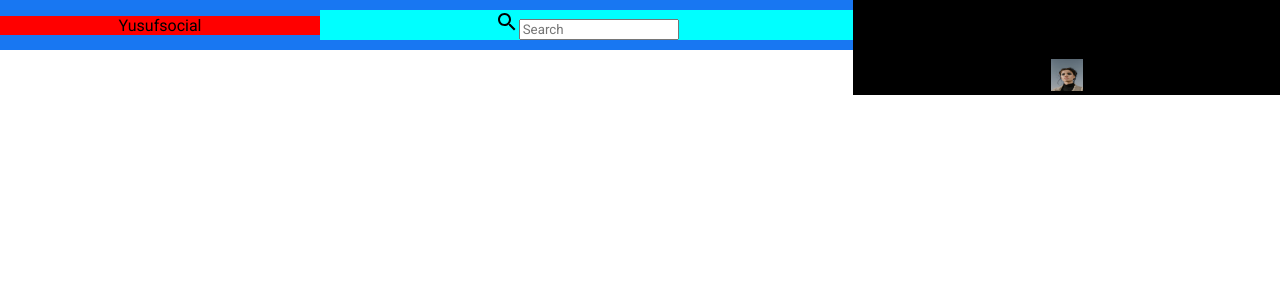
Repository: sevilgenysf/socialmediaapp
Page: /
An editor plug-in stored every save of this project. The page is shown before and after the next save, followed by the edit.
The browser window is 1280 px wide. The pictures show the whole page.
The project was rebuilt for these pictures with package versions that can differ from the ones it lists, and the page was loaded fresh each time.

Above is the page before, as saved 2022-02-16 13:16:22.

After the next save:
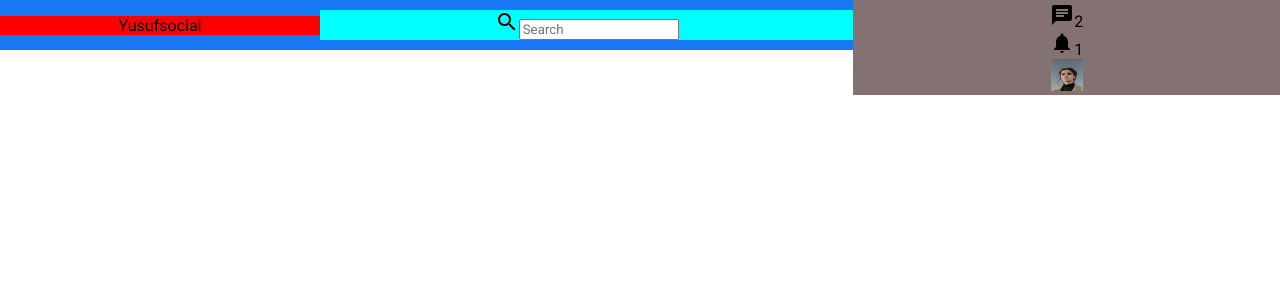
Saved 25 s later.
--- a/src/components/topbar/topbar.css
+++ b/src/components/topbar/topbar.css
@@ -20,7 +20,7 @@
 
 .topbarRight {
 	flex: 4;
-	background-color: black;
+	background-color: rgb(132, 114, 114);
 }
 
 .topbarImg {
